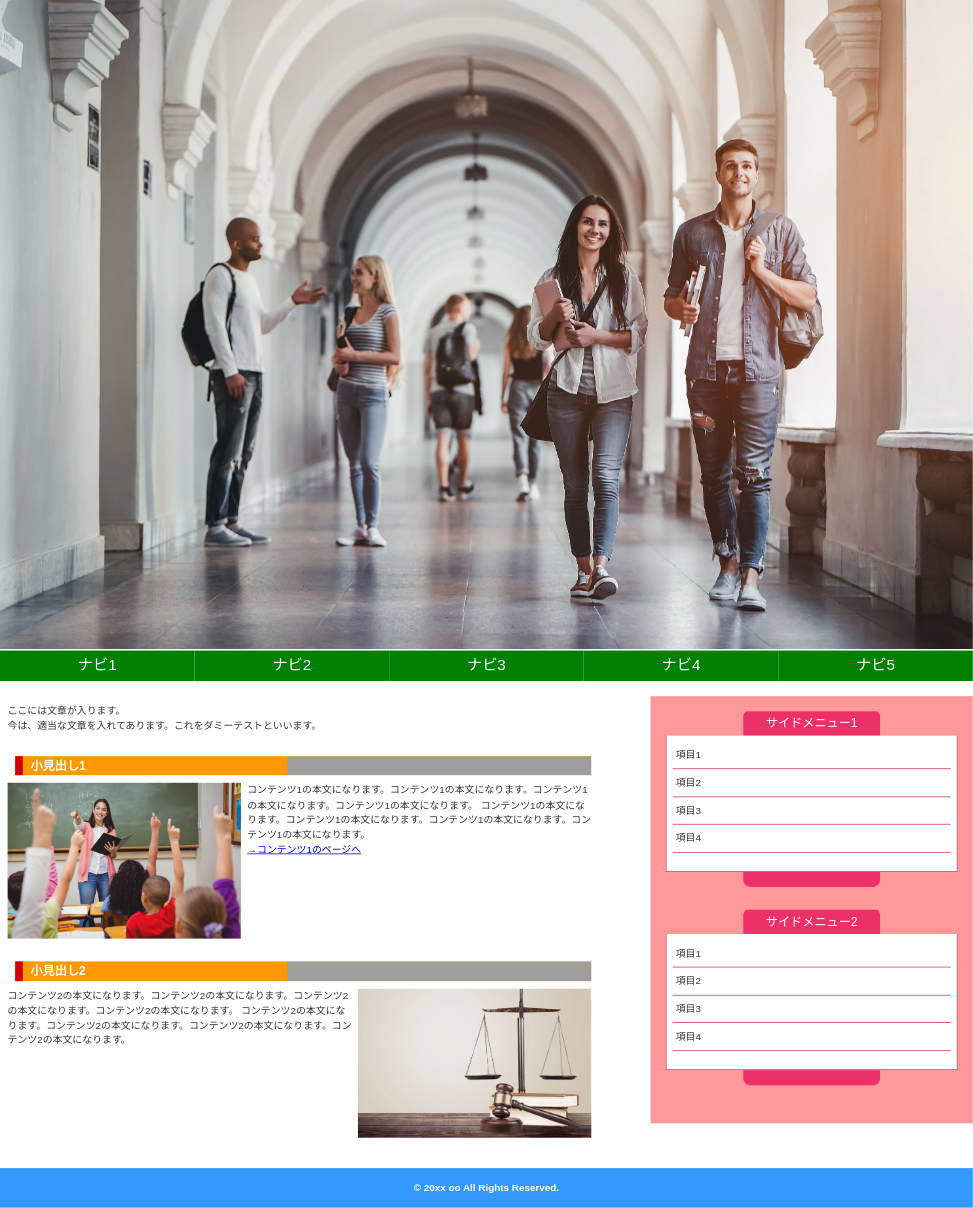
Repository: megumimorisawa/samurai_HTML-CSS
Page: samurai/index.html
The author's editor kept a record of every edit. The page is drawn from the files as they stood at one moment, then again after the next edit.
The browser window is 1280 px wide. The pictures show the whole page, at 76% of full size.
Pictures or frames that could not be fetched are drawn as grey boxes.

Above is the page before.

### samurai/index.html
<!DOCTYPE html>
<html lang="ja">
    <head>
        <meta charset="utf-8">
        <title>HTML/CSSの学習</title>
        <link rel="stylesheet" href="stylesheet.css">
    </head>
    <body>
       <div id="header">
           <h1><a href="index.html"><img id="corridor" src="images/corridor.jpg" alt="大学の廊下" /></a></h1>
       </div>
       <div id="wrapper">
           <div id="nav">
               <ul>
                   <li><a href="home.html">ナビ1</a></li>
                   <li><a href="#">ナビ2</a></li>
                   <li><a href="#">ナビ3</a></li>
                   <li><a href="#">ナビ4</a></li>
                   <li><a href="#">ナビ5</a></li>
               </ul>
           </div>
        </div>
        <div id="container">
            <div id="main">
                <div class="post">
                    <p>ここには文章が入ります。<br />今は、適当な文章を入れてあります。これをダミーテストといいます。</p>
                </div>
                <div class="post clearfix">
                    <h2>小見出し1</h2>
                    <img class="left" src="samurai/images/classroom.jpg" alt="授業風景" />
                    <p>
                        コンテンツ1の本文になります。コンテンツ1の本文になります。コンテンツ1の本文になります。コンテンツ1の本文になります。
                        コンテンツ1の本文になります。コンテンツ1の本文になります。コンテンツ1の本文になります。コンテンツ1の本文になります。
                    </p>
                    <p><a href="#">→コンテンツ1のページへ</a></p>
                </div>
                <div class="post clearfix">
                    <h2>小見出し2</h2>
                    <img class="right" src="images/scale.jpg" alt="天秤" />
                    <p>
                        コンテンツ2の本文になります。コンテンツ2の本文になります。コンテンツ2の本文になります。コンテンツ2の本文になります。
                        コンテンツ2の本文になります。コンテンツ2の本文になります。コンテンツ2の本文になります。コンテンツ2の本文になります。
                    </p>
                </div>

            </div>
        <div id="side">
            <div class="box">
                <h2>サイドメニュー1</h2>
                <div class="boxBody">
                    <ul>
                        <li>項目1</li>
                        <li>項目2</li>
                        <li>項目3</li>
                        <li>項目4</li>
                    </ul>
                </div>
            </div>
            <div class="box">
                <h2>サイドメニュー2</h2>
                <div class="boxBody">
                    <ul>
                        <li>項目1</li>
                        <li>項目2</li>
                        <li>項目3</li>
                        <li>項目4</li>
                    </ul>
                    </div>
                </div>
            </div>
        </div>
    </div>
    <div id="footer">
        <p>&copy; 20xx oo All Rights Reserved.</p>
    </div>
    </body>

</html>

### samurai/stylesheet.css
body {
	margin: 0;
	padding: 0;
	font-family: "ヒラギノ角ゴ Pro W3", "Hiragino Kaku Gothic Pro", "メイリオ", Meiryo, Osaka, "ＭＳ Ｐゴシック", "MS PGothic", sans-serif;
	color: #333;
	font-size: 13px;
	line-height: 150%;
}

/* -------------------- wrapper -------------------- */
#wrapper {
	width: 100%;
	margin: auto;
	padding: 0px;
	border: 0px;
	background-color: #FFF;
	top: 10px;
}
/* -------------------- header -------------------- */
#header {
	width: 100%;
}

#header h1 {
	margin: 0;
	padding: 0;
}

#corridor {
	width: 100%;
	height: auto;
}
/* -------------------- footer -------------------- */
#footer {
	clear: both;
	width: 100%;
	padding: 3px 0 3px 0;
	background: #39F;
	color: #FFF;
	font-weight: bold;
	text-align: center;
}
/* -------------------- nav -------------------- */
#nav {
	width: 100%;
}

#nav ul {
	margin: 0;
	padding: 0;
	list-style-type: none;
}

#nav ul li {
	float: left;
	width: 20%;
	text-align: center;
}

#nav ul li a {
	display: block;
	height: 20px;
	margin: 0;
	padding: 10px;
	color: #FFF;
	font-size: 20px;
	text-decoration: none;
	background-color: green;
}

#nav ul li a:hover {
	filter: drop-shadow(10px 10px 10px black);
}
/* -------------------- container -------------------- */
#container {
	width: 100%;
	margin: auto;
	padding: auto;
	padding-top: 20px;
	clear: both;
}
/* -------------------- main -------------------- */
#main {
	float: left;
	width: 60%;
	padding: 10px 30px 10px 10px;

}

#main h2 {
	margin: 0 0 10px 10px;
	padding: 3px 10px 3px 10px;
	color: #FFF;
	font-size: 16px;
	border-left: solid 10px #C00;
	background: #F90 url(../imges/main.jpg) right top repeat-y;

}

#main p {
	margin: 0;
	padding: 0;
}

#main .post {
	margin: 0 0 30px 0;

}

#main .post img.right {
	margin: 0 0 0 8px;
}

#main .post img.left {
	margin: 0 8px 0 0;
}

.right {
	float: right;
	width: 40%;
	height: auto;
}

.left {
	float: left;
	width: 40%;
	height: auto;
}
/* -------------------- clearfix -------------------- */
.clearfix {
	zoom: 1;
}

.clearfix:after{
	content: "";
	display: block;
	clear: both;
}
/* -------------------- side -------------------- */
#side {
	float: right;
	width: 30%;
	padding: 20px;
	background-color: #F99;
}

#side .box {
	margin: 0 auto 30px auto;
	padding: 0 0 20px 0;
	background: url(images/side_box.png) bottom no-repeat;
}

#side .box h2 {
	margin: 0;
	padding: 8px;
	text-align: center;
	color: #fff;
	font-size: 16px;
	line-height: 16px;
	font-weight: normal;
	background: url(images/side_box_h2.png) center no-repeat;
}

#side .box .boxBody {
	padding: 8px;
	border-right: solid 1px #C36;
	border-bottom: solid 1px #C36;
	border-left: solid 1px #C36;
	background: #fff;
}

#side .box .boxBody ul {
	margin: 0 0 16px 0;
	padding: 0;
}

#side .box .boxBody ul li {
	padding: 8px 0 8px 4px;
	list-style: none;
	border-bottom: solid 1px #C36;
}

#side .box .boxBody ul li:hover {
	padding: 8px 0 8px 4px;
	list-style: none;
	border-bottom: solid 1px #C36;
	box-shadow: 0px 4px 4px rgba(0, 0, 0, 0.3);
}

After the next edit:
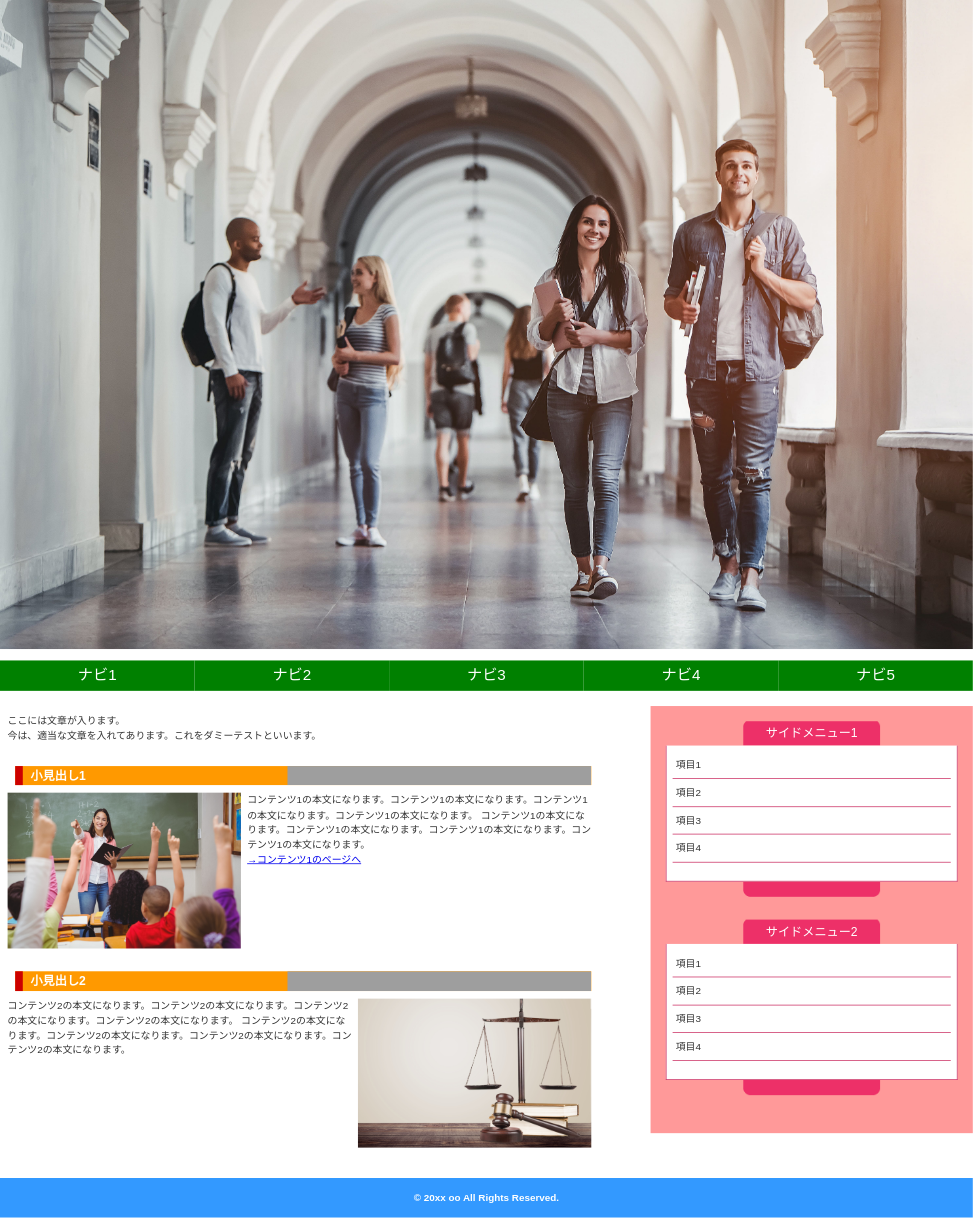
The edit:
--- a/samurai/stylesheet.css
+++ b/samurai/stylesheet.css
@@ -46,6 +46,7 @@
 }
 
 #nav ul {
+	disolay: flex
 	margin: 0;
 	padding: 0;
 	list-style-type: none;
